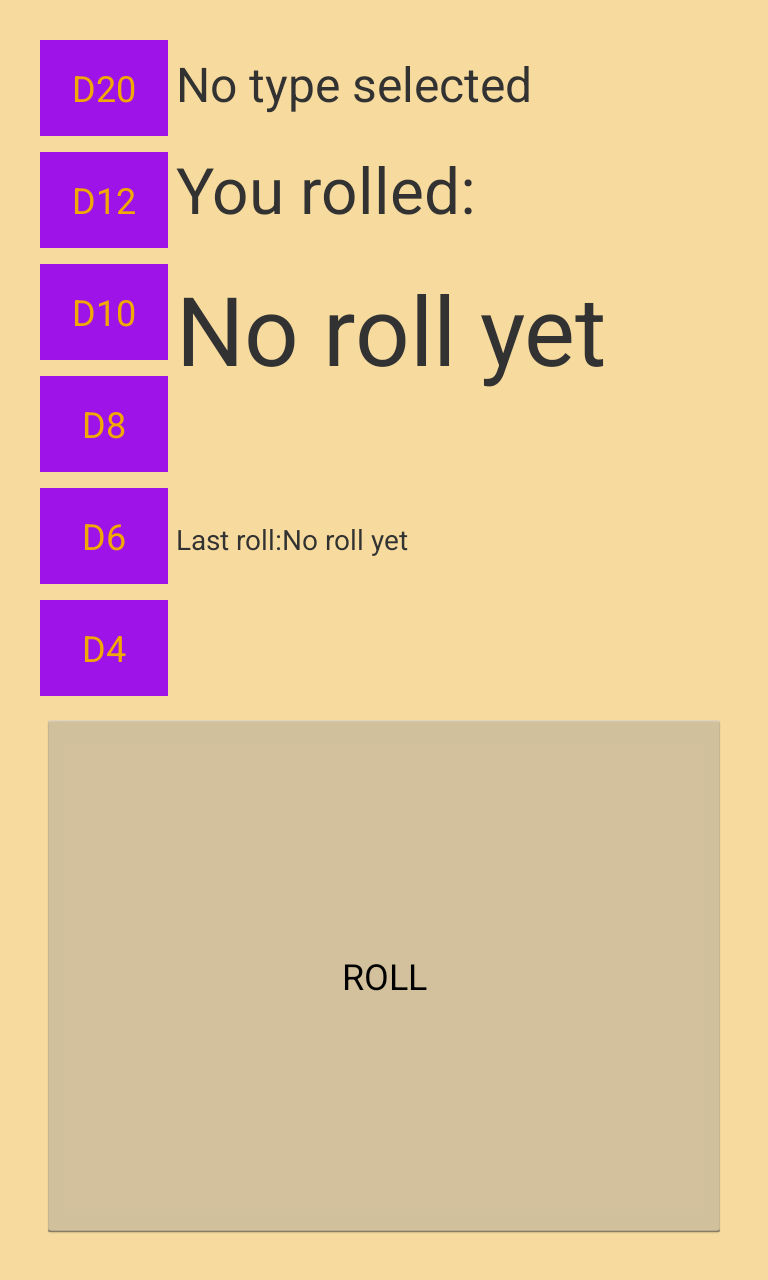
Repository: Bjodol/Roller
Layout: Roller3/res/layout/activity_main.xml
The author's editor kept a copy of each file at every save. The layout is drawn from the files as they stood at one save, then again after the next save.
It is drawn on a 768 x 1280 px phone screen (xhdpi) without system bars, with theme AppTheme; the app's code is not run. The app's manifest (not shown) leaves right-to-left support off. So textAlignment, textDirection and layoutDirection are ignored, and left and right values win over start and end ones.

Above is the layout before, as saved 2013-08-31 08:47:36.

After the next save:
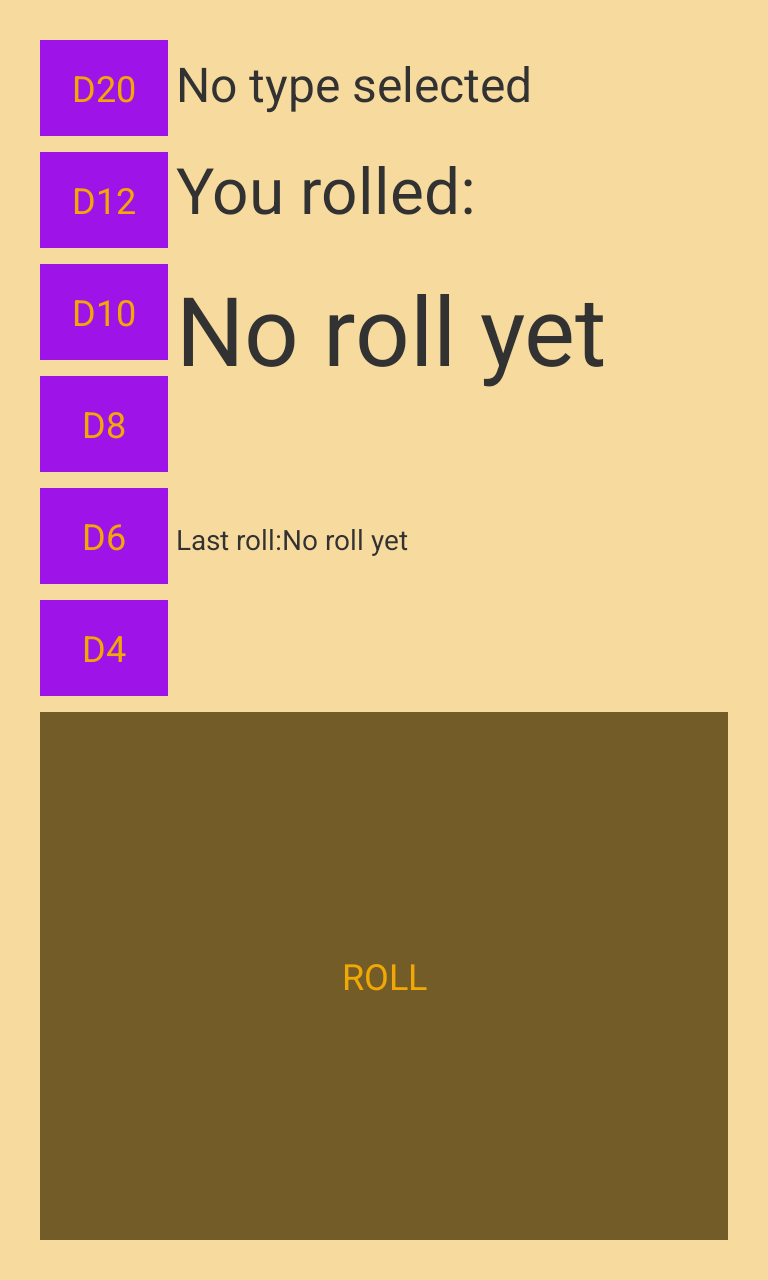
Saved 36 s later.
--- a/Roller3/res/layout/activity_main.xml
+++ b/Roller3/res/layout/activity_main.xml
@@ -76,13 +76,15 @@
 
     <Button
         android:id="@+id/roll_button"
+        android:background="@color/Brown"
         android:layout_margin="4dp"
         android:layout_width="fill_parent"
         android:layout_height="wrap_content"
         android:layout_below="@+id/d4"
         android:layout_alignParentBottom="true"
         android:onClick="roll"
-        android:text="@string/roll" />
+        android:text="@string/roll"
+        android:textColor="@color/Bronze" />
 
     <Button
         android:id="@+id/d10"
